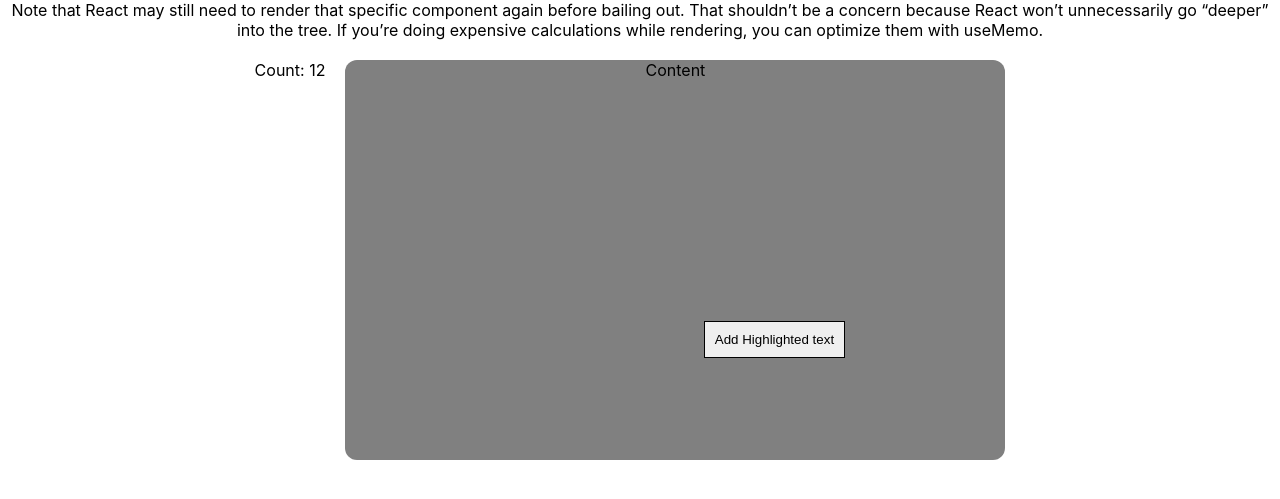
Repository: Farbod29/React-text-highlighter-with-hook-
Page: /
An editor plug-in stored every save of this project. The page is shown before and after the next save, followed by the edit.
The browser window is 1280 px wide. The pictures show the whole page.
The project was rebuilt for these pictures with package versions that can differ from the ones it lists, and the page was loaded fresh each time.

Above is the page before, as saved 2022-02-18 21:33:18.

### src/App.js
import './App.css';
import Highlighter from './highlighter';
function App() {
  return (
    <div className="App">
      <Highlighter />
    </div>
  );
}

export default App;

### src/highlighter.js
import React, { useEffect, useState } from 'react';

export default function Highlighter() {
  let doit = () => {
    document.onmouseup = () => {
      console.log(window.getSelection().toString());
    };
  };
  const [count, setCount] = useState(12);
  return (
    <>
      <div>
        {' '}
        Note that React may still need to render that specific component again
        before bailing out. That shouldn’t be a concern because React won’t
        unnecessarily go “deeper” into the tree. If you’re doing expensive
        calculations while rendering, you can optimize them with useMemo.
      </div>
      Count: {count}
      {/* <button onClick={() => setCount((prevCount) => prevCount - 1)}>-</button> */}
      <div
        style={{
          padding: '0px 10px',
          height: '400px',
          width: '50vw',
          margin: '20px',
          borderRadius: '12px',
          backgroundColor: 'gray',
          inline: true,
          fontColor: 'red',
          display: 'inline-block',
          textAlign: 'center',
          position: 'relative',
        }}
      >
        Content
        <div style={{ position: 'absolute', bottom: '8vw', left: '28vw' }}>
          <button
            style={{ padding: '10px', border: '1px solid' }}
            onClick={() => setCount(12)}
          >
            {' '}
            Add Highlighted text{' '}
          </button>
        </div>
      </div>
      {doit()}
    </>
  );
}

Loaded but not shown: public/index.html (common file); src/index.js (common file); src/index.css (common file); src/reportWebVitals.js (common file); src/App.css (common file)

After the next save:
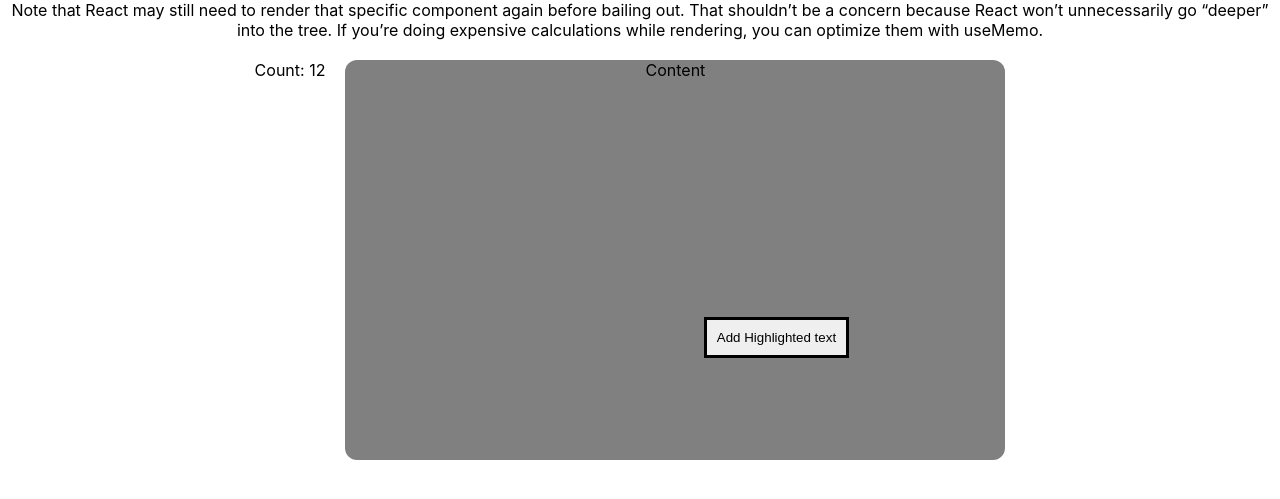
Saved 5 s later.
--- a/src/highlighter.js
+++ b/src/highlighter.js
@@ -36,7 +36,7 @@ export default function Highlighter() {
         Content
         <div style={{ position: 'absolute', bottom: '8vw', left: '28vw' }}>
           <button
-            style={{ padding: '10px', border: '1px solid' }}
+            style={{ padding: '10px', border: '3px solid' }}
             onClick={() => setCount(12)}
           >
             {' '}
